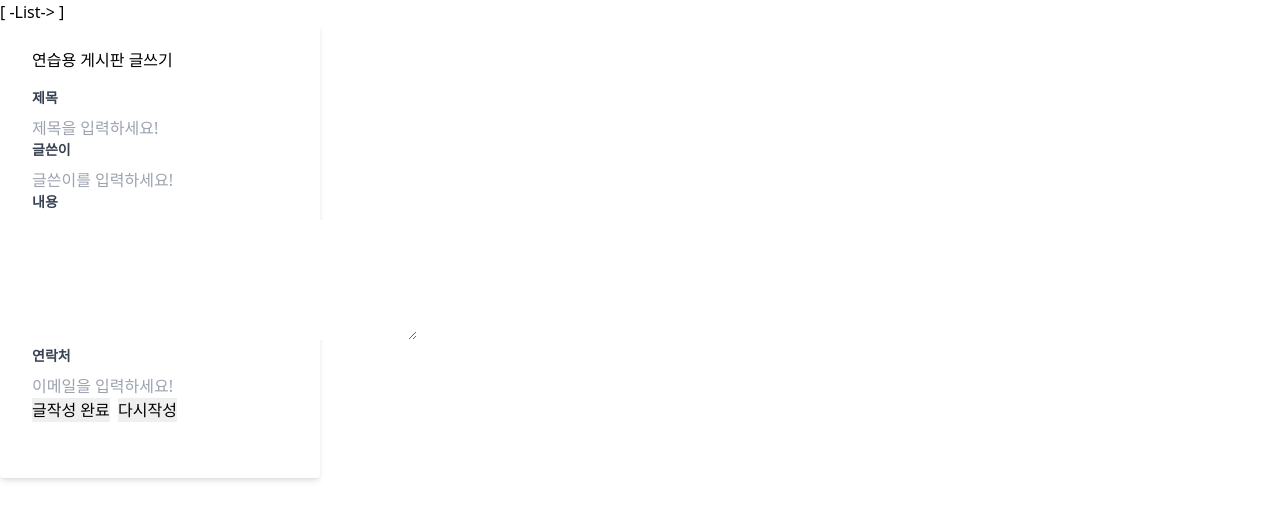
Repository: k0603156/JAVA
Page: http://localhost/StartBoard/test.do?myName=Kimyongkuk
An editor plug-in stored every save of this project. The page is shown before and after the next save, followed by the edit.
The browser window is 1280 px wide. The pictures show the whole page.
The page is served by Tomcat 9.

Above is the page before, as saved 2020-03-12 08:05:50.

After the next save:
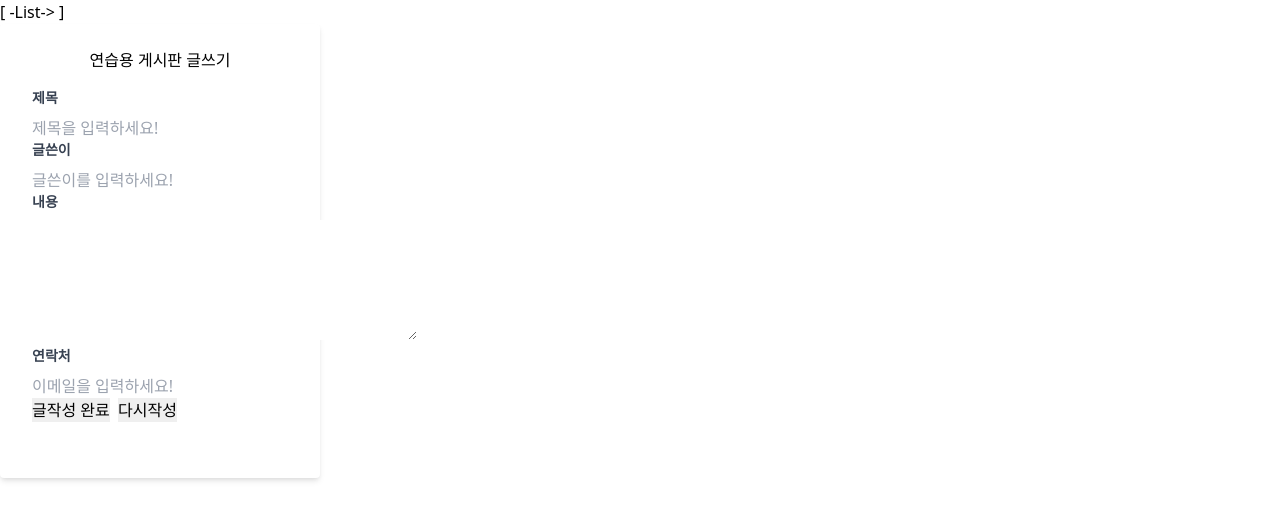
Saved 20 s later.
--- a/SERVLET/workspace/StartBoard/WebContent/index.jsp
+++ b/SERVLET/workspace/StartBoard/WebContent/index.jsp
@@ -15,7 +15,7 @@
 		<a href="./list.do">[ -List-> ]</a>
 		<form action="./writeSave.do" method="post" class="bg-white shadow-md rounded px-8 pt-6 pb-8 mb-4">
 			 	<div class="mb-4">
-					<td colspan="2" style="text-align: center;">연습용 게시판 글쓰기</td>
+					<h2 style="text-align: center;">연습용 게시판 글쓰기</h2>
 				</div>
 				<div class="mb-6">
 					<label class="block text-gray-700 text-sm font-bold mb-2" for="title">제목</label>
